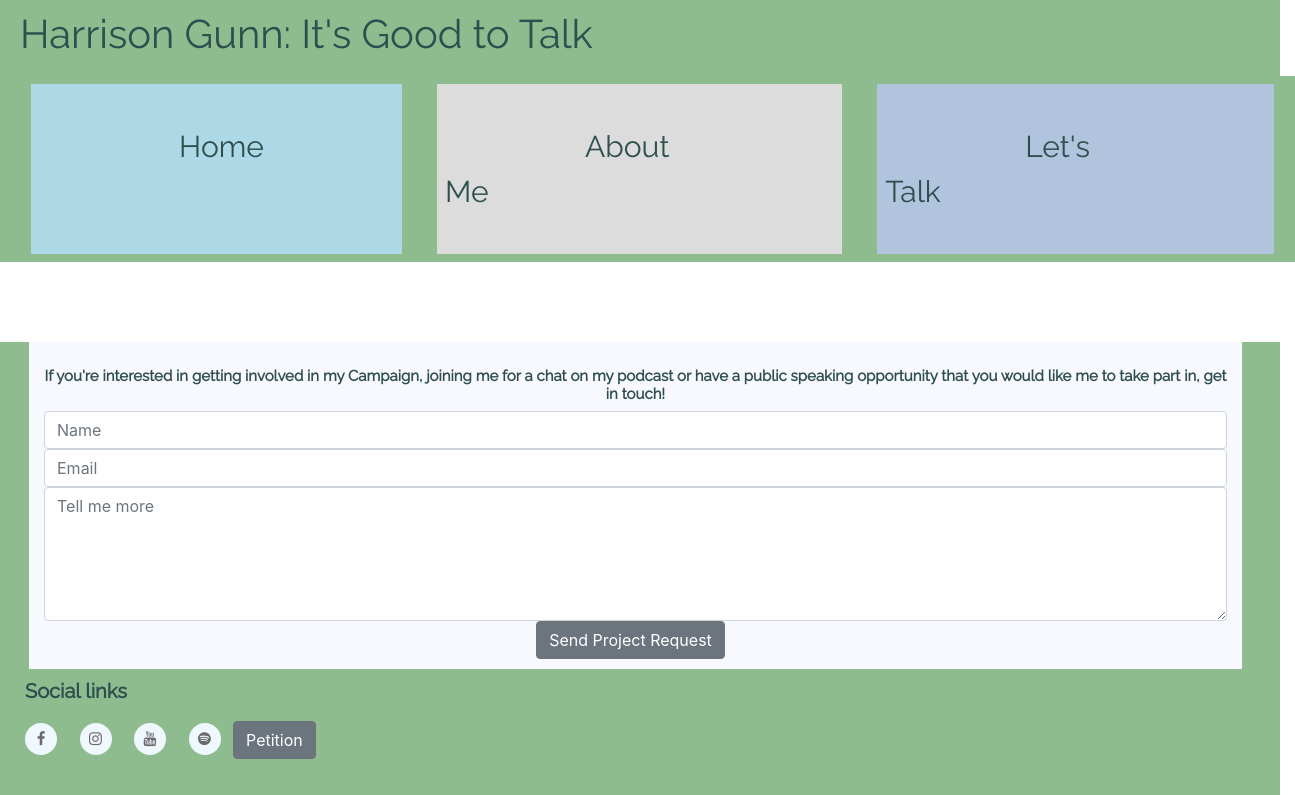
Repository: Leannald13/mile-stone-project-html
Page: contact.html
The author's editor kept a record of every edit. The page is drawn from the files as they stood at one moment, then again after the next edit.
The browser window is 1280 px wide. The page is 1295 px wide, so the pictures cover 1295 px, including what lies to the right of the window. The pictures show the part of the page from y = 500 to 1295 px (the page is 1295 px tall).

Above is the page before.

### contact.html
<!DOCTYPE html>
<html lang="en">

<head>
    <meta charset="UTF-8">
    <meta name="viewport" content="width=device-width, initial-scale=1.0">
    <meta http-equiv="X-UA-Compatible" content="ie=edge">
    <link rel="stylesheet" href="https://stackpath.bootstrapcdn.com/bootstrap/4.3.1/css/bootstrap.min.css" type="text/css" />
    <link rel="stylesheet" href="https://cdnjs.cloudflare.com/ajax/libs/hover.css/2.3.1/css/hover-min.css" type="text/css" />
    <link rel="stylesheet" href="https://stackpath.bootstrapcdn.com/font-awesome/4.7.0/css/font-awesome.min.css" type="text/css" />
    <link rel="stylesheet" href="assets/css/style.css" type="text/css" />
    <title>Harrison</title>
</head>

<body>
    <header>
        <div class="row">
            <a href="index.html" class="col-md-12 logo">

            </a>
        </div>

        <div class="container-fluid">
            <div class="row">
                <div class="col-sm-12">
                    <div class="row no-gutters bg-color-name">
                        <div class="col heading">
                            <h1 class="name">Harrison Gunn: It's Good to Talk</h1>
                        </div>
                    </div>
                </div>
                    <nav class="navbar navbar-expand-lg" class="modal" tabindex="-1" role="dialog" id="SignUpModal">
            <button class="navbar-toggler" type="button" data-toggle="collapse" data-target="#navbarSupportedContent" aria-controls="navbarSupportedContent" aria-expanded="false" aria-label="Toggle navigation">
                    <span class="navbar-toggler-icon"></span>
                  </button>
                     <div class="collapse navbar-collapse" id="navbarSupportedContent">
                        <ul class="navbar-nav mr-auto">
                            <li class="nav-item active ui-menu-color-home">
                                <a class="nav-link" href="index.html" class="hvr-Wobble-Horizontal"><span>Home</span></a>
                            </li>
                            <li class="nav-item active ui-menu-color-about">
                                <a class="nav-link" href="general.html" class="hvr-wobble-horizontal"><span>About Me</span></a>
                            </li>
                            <li class="nav-item active ui-menu-color-comments">
                                <a class="nav-link" href="contact.html" class="hvr-wobble-horizontal"><span>Let's Talk</span></a>
                            </li>
                        </ul>
                    </div
                    </nav>
    </header>
    <section class="container-fluid" class="background">
        <div class="row bg-color-contact">
            <div class="col">
                <h5 class="uppercase text-center">If you're interested in getting involved in my Campaign, joining me for a chat on my podcast or have a public speaking opportunity that you would like me to take part in, get in touch!</h5>
                <div class="center-form">
                    <form>
                        <form>
                            <input type="text" name="name" id="fullname" class="form-control" placeholder="Name" required/>
                             <input type="email" name="email" id="emailaddress" class="form-control" placeholder="Email" required/>
                             <textarea rows="5" name="summary" id="summary" class="form-control" placeholder="Tell me more" required></textarea>
                            <div class="form-row text-center">
                                <div class="col">
                                    <button type="submit" class="btn btn-secondary">Send Project Request</button>
                                </div>
                            </div>
                        </form>
                    </form>
                </div>
            </div>
        </div>
    <footer>
        <div class="container-fluid">
            <div class="col sm-12">
                <h5 class="uppercase general-sub">Social links</h5>
                <ul class="list-inline social-links">
                    <li class="list-inline-item">
                        <a target="_blank" href="https://www.facebook.com/harrison.gunn.16">
                           <i class="fa fa-facebook" aria-hidden="true"></i>
                           <span class="sr-only">Facebook</span>
                        </a>
                    </li>
                    <li class="list-inline-item">
                        <a target="_blank" href="https://www.instagram.com/harrisongunn_/">
                           <i class="fa fa-instagram" aria-hidden="true"></i>
                           <span class="sr-only">Instagram</span>
                        </a>
                    </li>
                    <li class="list-inline-item">
                        <a target="_blank" href="https://www.youtube.com/channel/UCEPhcVc_ooMeZwhF5X4OEYg">
                           <i class="fa fa-youtube" aria-hidden="true"></i>
                           <span class="sr-only">YouTube</span>
                           </a>
                    </li>
                    <li class="list-inline-item">
                        <a target="_blank" href="spotify:show:1azq4fgMCEafJTPjsGm6tL">
                           <i class="fa fa-spotify" aria-hidden="true"></i>
                           <span class="sr-only">Spotify</span>
                           </a>
                    </li>
                    <a href="https://petition.parliament.uk/petitions/260373" class="btn btn-secondary" role="button">Petition</a>

                    </u>
            </div>
        </div>
    </footer>
</body>

</html>

### assets/css/style.css
@import url('https://fonts.googleapis.com/css?family=Raleway&display=swap');


/* -------------------------------------------------------------Heading */

.logo {
    background: url("../images/haribo.jpg");
    background-position: center;
    background-repeat: no-repeat;
    background-size: cover;
    width: 100%;
    height: 500px;
    transition: all .5s;
    display: block;
}

.heading {
    background-color: #8fbc8f !important;
    width: 100%;

}


.bg-color-name {
    font-family: "Raleway", sans-serif;
    color: #2f4f4f;
    text-align: left;
    font-weight: 100;
    width: 100%;

}

.name {
    font-size: 40px;
    padding-left: 20px;
    padding-bottom: 10px;
    padding-top: 10px;
}

/* -------------------------------------------------------------nav bar */


.text-center {
    width: 100%;
}

.container-fluid {
    padding: 0;
    margin: 0;
    width: 100%;
    background-color: #8fbc8f;
}

.nav-link {
    font-size: 30px;
    color: #2f4f4f;
    padding: 40px;

}

.nav-link span {
    padding: 130px;
    text-align: center;
    margin-left: 10px;
}

.nav-item {
    margin-left: 30px;
}


.ui-menu-color-home {
    background-color: #ADD8E6;
    margin-right: 5px;
    font-family: "Raleway", sans-serif;
    color: #2f4f4f;


}

.ui-menu-color-about {
    background-color: #DCDCDC;
    margin-right: 5px;
     font-family: "Raleway", sans-serif;
    color: #2f4f4f;

}

.ui-menu-color-comments {
    background-color: #B0C4DE;
    margin-right: 5px;
    font-family: "Raleway", sans-serif;
    color: #2f4f4f;

}

.navbar-brand {
    padding-left: 30px;
    padding-right: 15px;
    font-family: "Raleway", sans-serif;
    color: #2f4f4f !important;
}


.navbar {
    background-color: #8fbc8f !important;

}



/* -------------------------------------------------------------Section Contact.html */

h5 {
    color: #2f4f4f;
    font-family: "Raleway", sans-serif;
    font-size: 15px;
    font-weight: 600;
    padding-top: 5px;

}

.bg-color-contact {
    background-color: #F8F8FF;
    padding-top: 20px;
    padding-bottom: 10px;
    margin-left: 29px;
    margin-right: 38px;
    margin-top: 80px;
}


/* -------------------------------------------------------------Section General.html */

.yellow-box {
    background-color:#2f4f4f
}

.red-box {
    background-color: #696969;
}
/* -------------------------------------------------------------Footer */

footer {
    background-color: #8fbc8f;
    padding-bottom: 20px;
    width: 100%;

}

.social-links li a i {
    width: 32px;
    height: 32px;
    padding-top: 12px;
    border-radius: 50%;
    font-size: 15px;
    line-height: 7px;
    text-align: center;
    color: #696969 !important;
    background: #f0f8ff;
    background-position: center;
}

.general-sub {
    padding-top: 10px;
    color: #2f4f4f;
    padding-left: 10px;
    padding-bottom: 10px;
    font-size: 20px;
}

.list-inline-item {
    padding-left: 10px;
}

.fa fa-facebook {
    padding-left: 5px;
}

After the next edit:
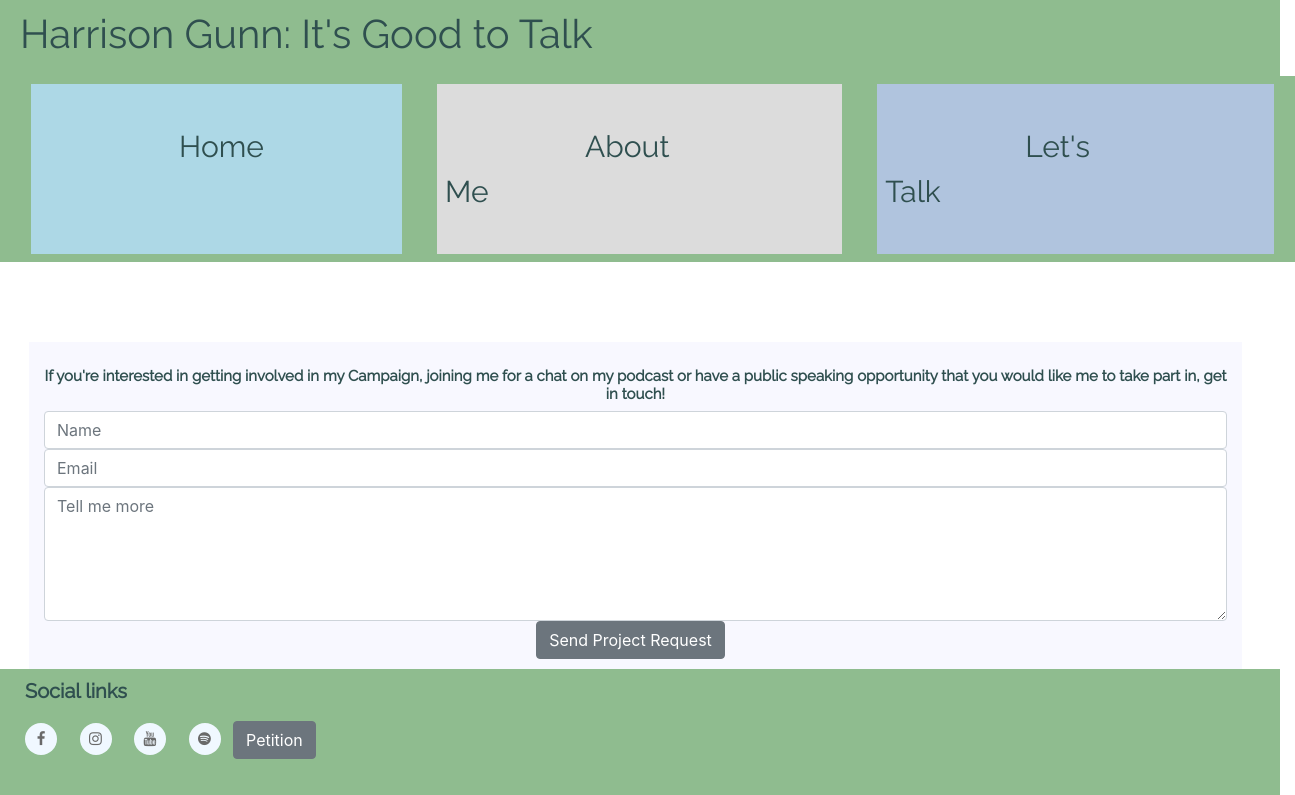
The edit:
--- a/contact.html
+++ b/contact.html
@@ -48,7 +48,7 @@
                     </div
                     </nav>
     </header>
-    <section class="container-fluid" class="background">
+    <section class="container-fluid-form">
         <div class="row bg-color-contact">
             <div class="col">
                 <h5 class="uppercase text-center">If you're interested in getting involved in my Campaign, joining me for a chat on my podcast or have a public speaking opportunity that you would like me to take part in, get in touch!</h5>
